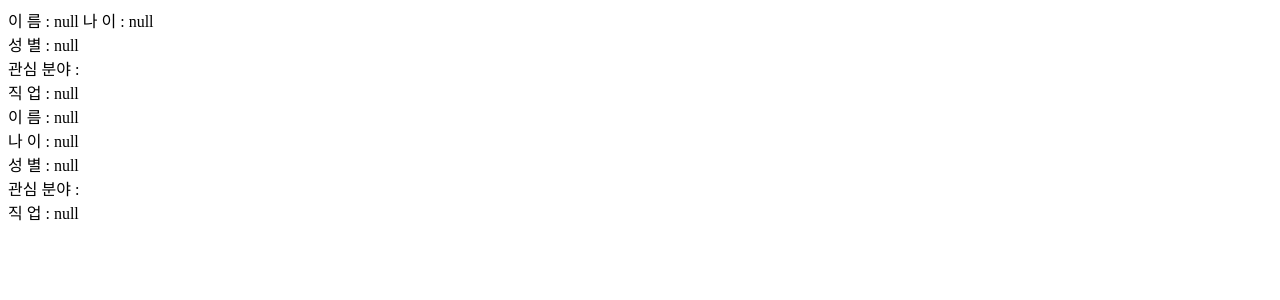
Repository: LEENYAMNYAM/JSP
Page: http://localhost/JSP_Project/exam/formResult.jsp
These files come from the project's save history. The page is drawn as it stood at one moment and after the next save; the edit follows.
The browser window is 1280 px wide. The pictures show the whole page.
The page is served by Tomcat 9. Other server files are loaded and not shown.

Above is the page before, as saved 2025-02-27 05:40:07.

### JSP_Project/src/main/webapp/exam/formResult.jsp
<%@ page language="java" contentType="text/html; charset=UTF-8"
    pageEncoding="UTF-8"%>
<!DOCTYPE html>
<html>
<head>
<meta charset="UTF-8">
<title>FORM RESULT</title>
</head>
<%
String name = request.getParameter("name");
String age = request.getParameter("age");
String gender = request.getParameter("gender");
String[] hobby = request.getParameterValues("hobby");
	String tmp="";
	if(hobby!=null){
		for (int i=0; i<hobby.length; i++){
			tmp +=hobby[i]+" ";
		}
	}

String job = request.getParameter("job");
%>
<body>

이    름 : <%=name %>
나    이 : <%=age %></br>
성    별 : <%=gender %></br>
관심 분야 : <%=tmp %></br>
직    업 : <%=job %></br>
</hr>
<!-- 굳이 여러번 사용안되면 위에 부분 작정할 필요없이 바로 request.getParameter 해도 됨. -->
이    름 : <%=request.getParameter("name") %></br>
나    이 : <%=request.getParameter("age") %></br>
성    별 : <%=request.getParameter("gender") %></br>
관심 분야 : <%=tmp %></br>
직    업 : <%=request.getParameter("job") %></br>
</hr>

</body>
</html>

After the next save:
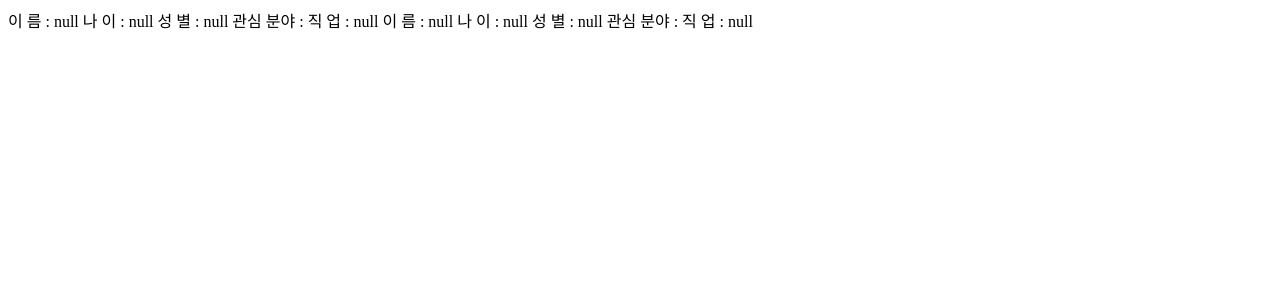
Saved 40 s later.
--- a/JSP_Project/src/main/webapp/exam/formResult.jsp
+++ b/JSP_Project/src/main/webapp/exam/formResult.jsp
@@ -23,17 +23,17 @@ String job = request.getParameter("job");
 <body>
 
 이    름 : <%=name %>
-나    이 : <%=age %></br>
-성    별 : <%=gender %></br>
-관심 분야 : <%=tmp %></br>
-직    업 : <%=job %></br>
+나    이 : <%=age %>
+성    별 : <%=gender %>
+관심 분야 : <%=tmp %>
+직    업 : <%=job %>
 </hr>
 <!-- 굳이 여러번 사용안되면 위에 부분 작정할 필요없이 바로 request.getParameter 해도 됨. -->
-이    름 : <%=request.getParameter("name") %></br>
-나    이 : <%=request.getParameter("age") %></br>
-성    별 : <%=request.getParameter("gender") %></br>
-관심 분야 : <%=tmp %></br>
-직    업 : <%=request.getParameter("job") %></br>
+이    름 : <%=request.getParameter("name") %>
+나    이 : <%=request.getParameter("age") %>
+성    별 : <%=request.getParameter("gender") %>
+관심 분야 : <%=tmp %>
+직    업 : <%=request.getParameter("job") %>
 </hr>
 
 </body>
